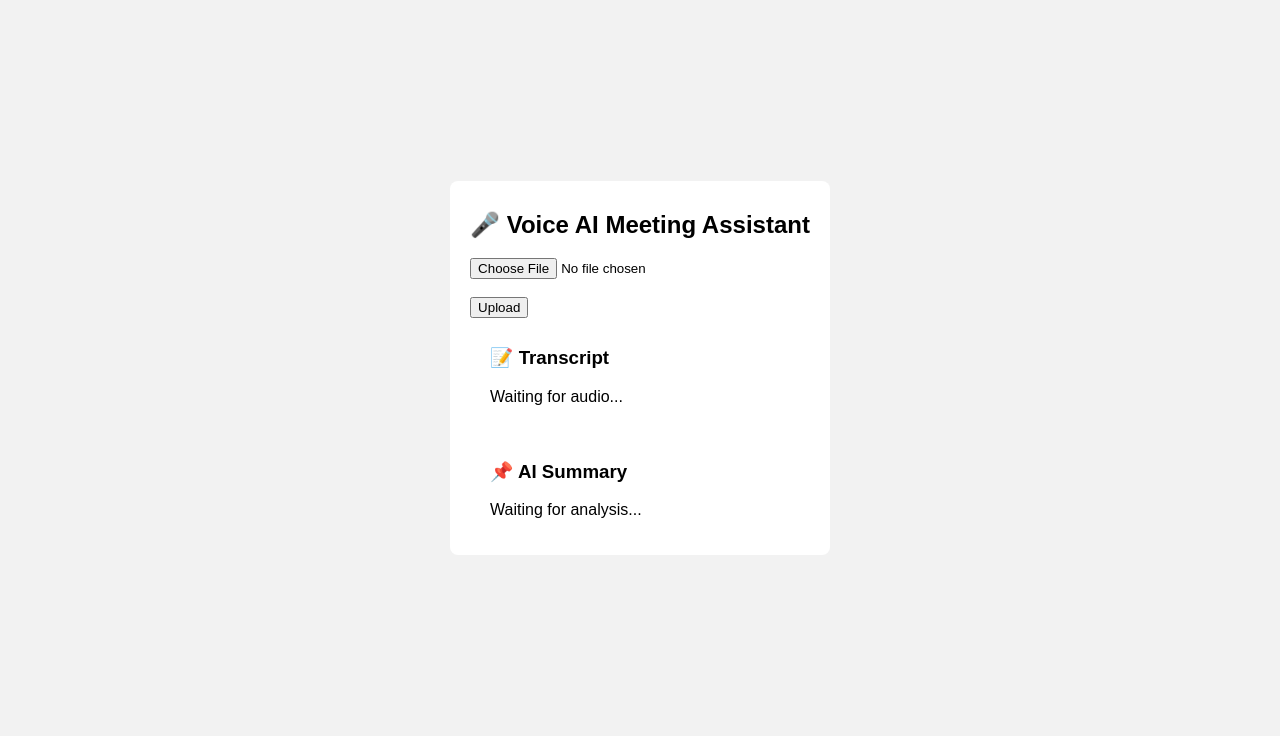
Repository: MujtabaHabib/Voice-AI-Meeting-Assistant
Page: index.html
These files come from the project's save history. The page is drawn as it stood at one moment and after a run of saves; the edit follows.
The browser window is 1280 px wide. The pictures show the whole page.

Above is the page before, as saved 2026-02-01 22:02:33.

### index.html
<!DOCTYPE html>
<html lang="en">
<head>
    <meta charset="UTF-8">
    <meta name="viewport" content="width=device-width, initial-scale=1.0">
    <link rel="stylesheet" href="style.css">
    <title>Voice AI Agent</title>
</head>
<body>
    <div>
    <h2>🎤 Voice AI Meeting Assistant</h2>

    <input type="file" name="file" id="audioFile">
    <br><br>
    <button onclick="send()">Upload</button>

    <div class="box">
        <h3>📝 Transcript</h3>
        <p id="transcript">Waiting for audio...</p>
    </div>

    <div class="box">
        <h3>📌 AI Summary</h3>
        <p id="summary">Waiting for analysis...</p>
    </div>
</div>
<script>
    async function send() {
        const file = document.getElementById("audioFile").files[0]
        const form = new FormData()
        form.append("file",file)

        document.getElementById("transcript").innerText = "processing..."
        document.getElementById("summary").innerText = "AI is thinking.."

    const res = await fetch("http://127.0.0.1:8000/voice-agent",{
        method : "POST",
        body : form
    })

    const data = await res.json()

    document.getElementById("transcript").innerText = data.transcript
    document.getElementById("summary").innerText = data.summary
}
</script>
</body>
</html>

### style.css
body{
    font-family:Arial;
    height: 100vh;
    background-color: #f2f2f2;
    display: flex;
    align-items: center;
    justify-content: center;
}

div{
    background-color: white;
    padding: 10px 20px;
    border-radius: 8px;
    border: none;

}

After the next 3 saves:
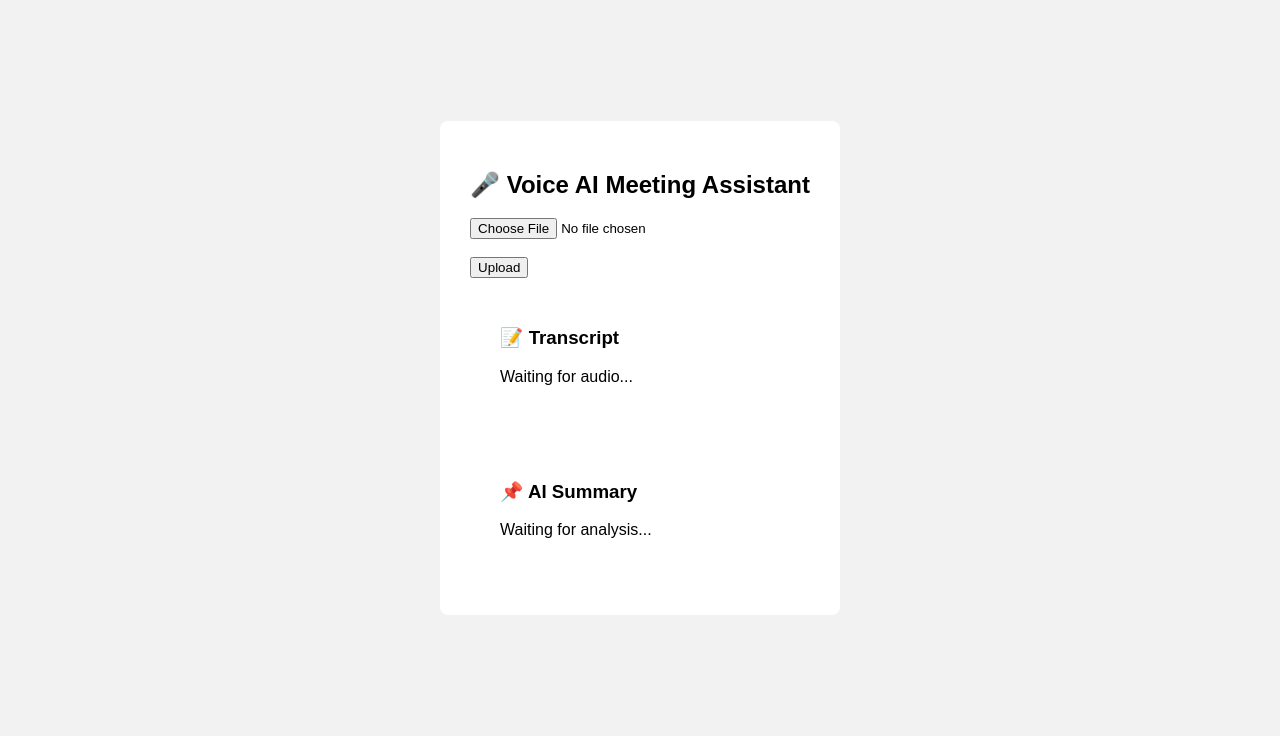
The 3 saves are shown as one change because they came seconds apart.
The last was saved 37 s later.
--- a/style.css
+++ b/style.css
@@ -9,7 +9,7 @@ body{
 
 div{
     background-color: white;
-    padding: 10px 20px;
+    padding: 30px;
     border-radius: 8px;
     border: none;
 
